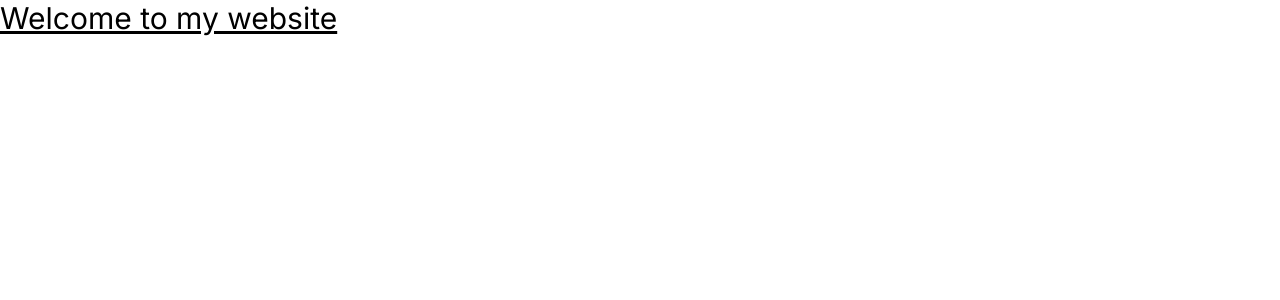
Repository: Strong02coder/medinav_healthcare_webapp
Page: /
These files come from the project's save history. The page is drawn as it stood at one moment and after a run of saves; the edit follows.
The browser window is 1280 px wide. The pictures show the whole page.
The project was rebuilt for these pictures with package versions that can differ from the ones it lists, and the page was loaded fresh each time. The framework's server and built-in components were replaced by stand-ins that run in the browser. Also part of the build but not shown: next.config.mjs.

Above is the page before, as saved 2024-08-06 22:52:35.

### app/layout.tsx
import type { Metadata } from "next";
import { Inter } from "next/font/google";
import "./globals.css";

const inter = Inter({ subsets: ["latin"] });

export const metadata: Metadata = {
  title: "Madinav",
  description: "A Healthcare Management System",
};

export default function RootLayout({
  children,
}: Readonly<{
  children: React.ReactNode;
}>) {
  return (
    <html lang="en">
      <body className={inter.className}>{children}</body>
    </html>
  );
}

### app/page.tsx
export default function Home() {
  return (
    <div>
      <h1 className="text-3xl underline">Welcome to my website</h1>
    </div>
  )
}

Loaded but not shown: app/globals.css (common file); tailwind.config.ts (common file)

After the next 6 saves:
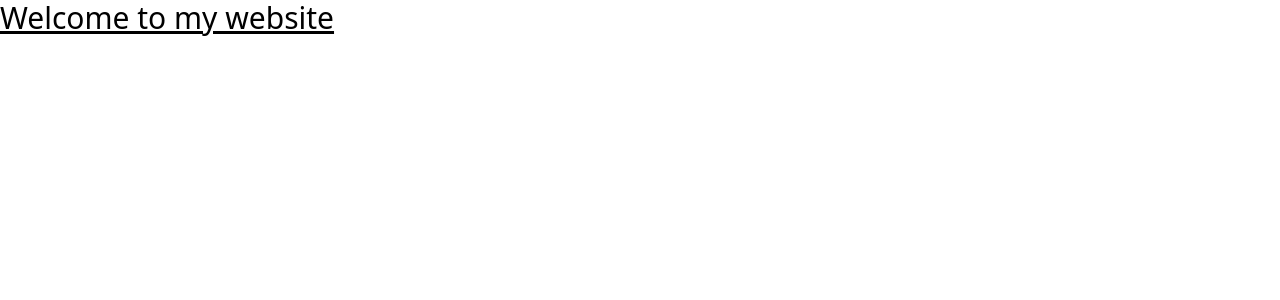
The 6 saves are shown as one change because 2 did not build or start and some came seconds apart.
The last was saved 90 min 54 s later.
--- a/app/layout.tsx
+++ b/app/layout.tsx
@@ -1,8 +1,8 @@
 import type { Metadata } from "next";
-import { Inter } from "next/font/google";
+import { Plus_Jakarta_Sans } from "next/font/google";
 import "./globals.css";
 
-const inter = Inter({ subsets: ["latin"] });
+const inter = ({ subsets: ["latin"] });
 
 export const metadata: Metadata = {
   title: "Madinav",
